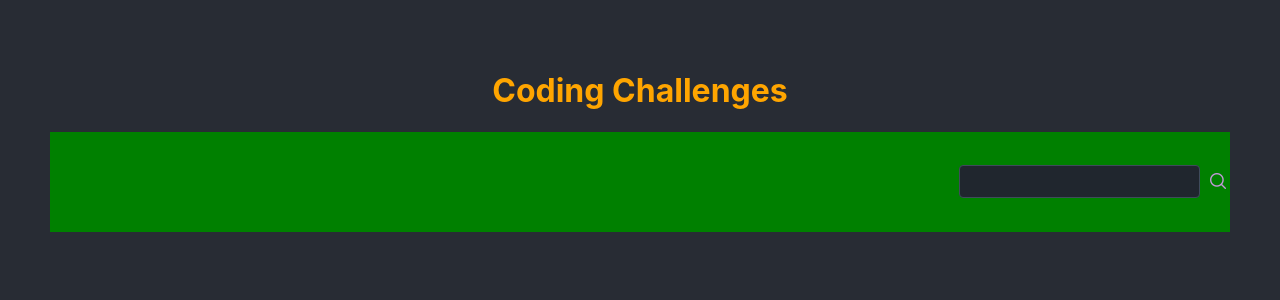
Repository: Valentina-Maraio/coding_challenges
Page: /
These files come from the project's save history. The page is drawn as it stood at one moment and after the next save; the edit follows.
The browser window is 1280 px wide. The pictures show the whole page.
The project was rebuilt for these pictures with package versions that can differ from the ones it lists, and the page was loaded fresh each time.

Above is the page before, as saved 2024-07-05 12:10:49.

After the next save:
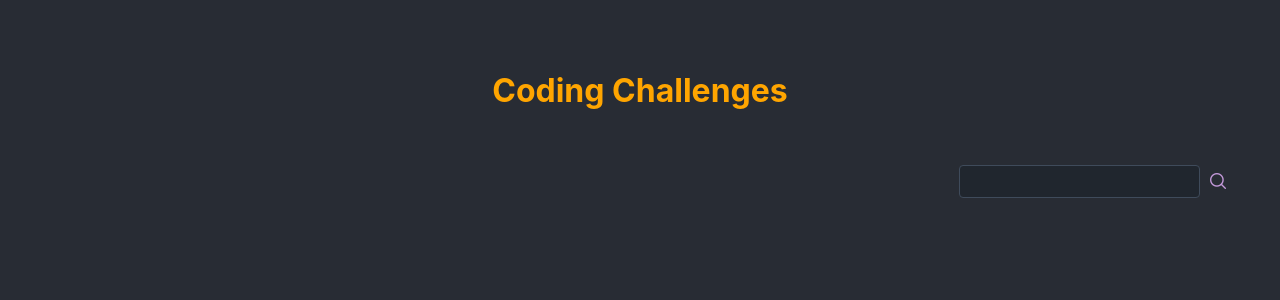
Saved 55 s later.
--- a/src/App.css
+++ b/src/App.css
@@ -17,7 +17,6 @@ body {
 .filter_container {
   width: 100%;
   height: 100px;
-  background-color: green;
   display: flex;
   justify-content: flex-end;
   align-items: center;
